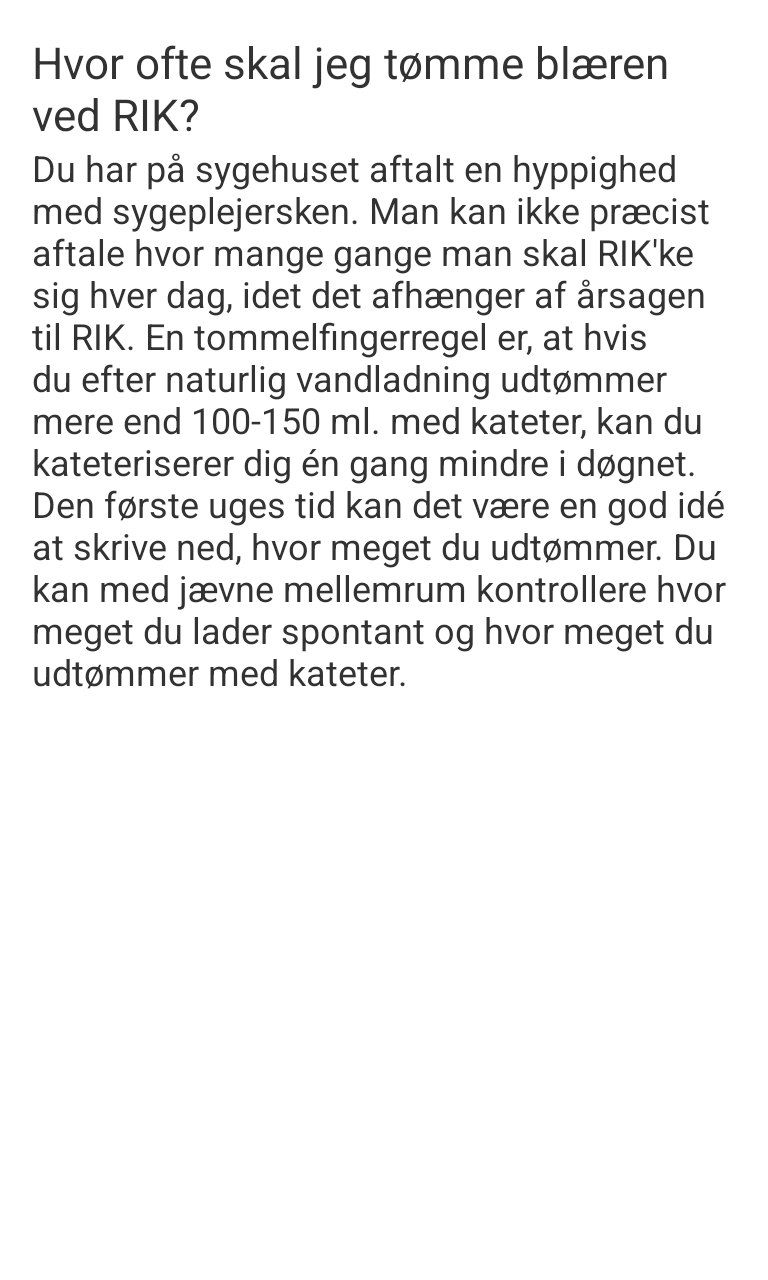
Repository: KingApollo/RIKapp2
Layout: RIKapp/res/layout/activity_information.xml
An editor plug-in stored every save of this project. The layout is shown before and after the next save, followed by the edit.
It is drawn on a 768 x 1280 px phone screen (xhdpi) without system bars, with theme android:Theme.Light.NoTitleBar; the app's code is not run.

Above is the layout before, as saved 2014-10-10 09:07:39.

### RIKapp/res/layout/activity_information.xml
<RelativeLayout xmlns:android="http://schemas.android.com/apk/res/android"
    xmlns:tools="http://schemas.android.com/tools"

    android:layout_width="match_parent"
    android:layout_height="match_parent"
    android:paddingBottom="@dimen/activity_vertical_margin"
    android:paddingLeft="@dimen/activity_horizontal_margin"
    android:paddingRight="@dimen/activity_horizontal_margin"
    android:paddingTop="@dimen/activity_vertical_margin"
    tools:context="dk.ucn.datamatiker.rikapp.Information"

    >



    <!-- Clickable title -->
<TextView   android:id="@+id/tvHowOftenQuestion"
            android:text="@string/howOftenQuestion"
            android:textSize="22sp"
            android:clickable="true"
            android:onClick="toggle_contents"
            android:layout_width="wrap_content"
            android:layout_height="wrap_content"/>

<!--content to hide/show -->

<TextView
    android:id="@+id/tvHowOftenAnswer"
    android:layout_width="wrap_content"
    android:layout_height="wrap_content"
    android:layout_alignLeft="@+id/tvHowOftenQuestion"
    android:layout_below="@+id/tvHowOftenQuestion"
    android:text="@string/howOftenAnswer"
    android:textSize="18sp" />



</RelativeLayout>

### RIKapp/res/values/strings.xml
<?xml version="1.0" encoding="utf-8"?>
<resources>

    <string name="app_name">RIKapp</string>
    <string name="hello_world">Hello world!</string>
    <string name="action_settings">Settings</string>
    <string name="title_activity_hyg">Hyg</string>
    <string name="hygiejne_btn">Hygiejne</string>
    <string name="maaling_btn">Måling</string>
    <string name="title_activity_maalinger">Maalinger</string>
    <string name="skema_btn">Skema</string>
    <string name="title_activity_skema">Skema</string>
    <string name="title_activity_information">Information</string>
    <string name="howOftenAnswer">"Du har på sygehuset aftalt en hyppighed med sygeplejersken. Man kan ikke præcist aftale hvor mange gange man skal RIK'ke sig hver dag, idet det afhænger af årsagen til RIK. En tommelfingerregel er, at hvis du efter naturlig vandladning udtømmer mere end 100-150 ml. med kateter, kan du kateteriserer dig én gang mindre i døgnet. Den første uges tid kan det være en god idé at skrive ned, hvor meget du udtømmer. Du kan med jævne mellemrum kontrollere hvor meget du lader spontant og hvor meget du udtømmer med kateter."</string>
    <string name="howOftenQuestion">Hvor ofte skal jeg tømme blæren ved RIK?</string>
    <string name="test1">111111111111111111111111</string>
    <string name="test2">22222222222222222222222222</string>

</resources>

Loaded but not shown: RIKapp/res/values/dimens.xml (common file); RIKapp/res/values-w820dp/dimens.xml (common file)

After the next save:
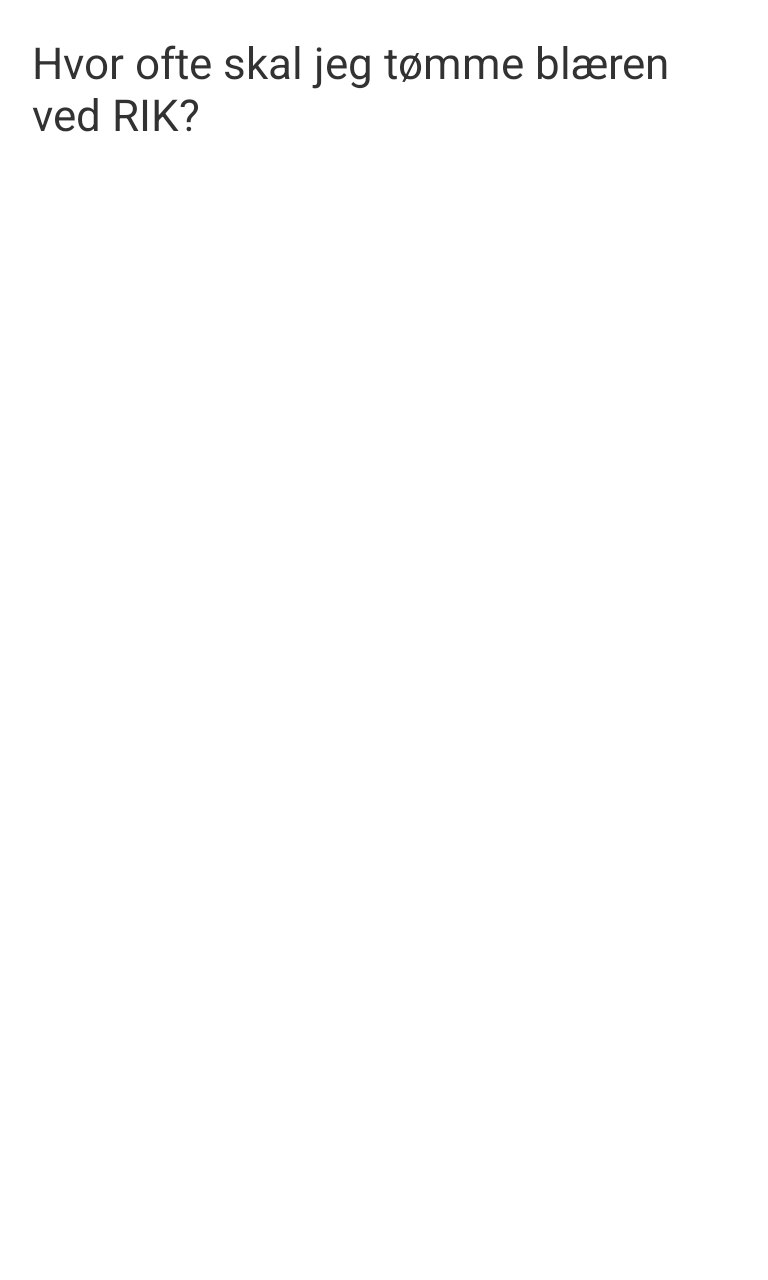
Saved 106 s later.
--- a/RIKapp/res/layout/activity_information.xml
+++ b/RIKapp/res/layout/activity_information.xml
@@ -12,8 +12,6 @@
     >
 
 
-
-    <!-- Clickable title -->
 <TextView   android:id="@+id/tvHowOftenQuestion"
             android:text="@string/howOftenQuestion"
             android:textSize="22sp"
@@ -22,16 +20,7 @@
             android:layout_width="wrap_content"
             android:layout_height="wrap_content"/>
 
-<!--content to hide/show -->
 
-<TextView
-    android:id="@+id/tvHowOftenAnswer"
-    android:layout_width="wrap_content"
-    android:layout_height="wrap_content"
-    android:layout_alignLeft="@+id/tvHowOftenQuestion"
-    android:layout_below="@+id/tvHowOftenQuestion"
-    android:text="@string/howOftenAnswer"
-    android:textSize="18sp" />
 
 
 
